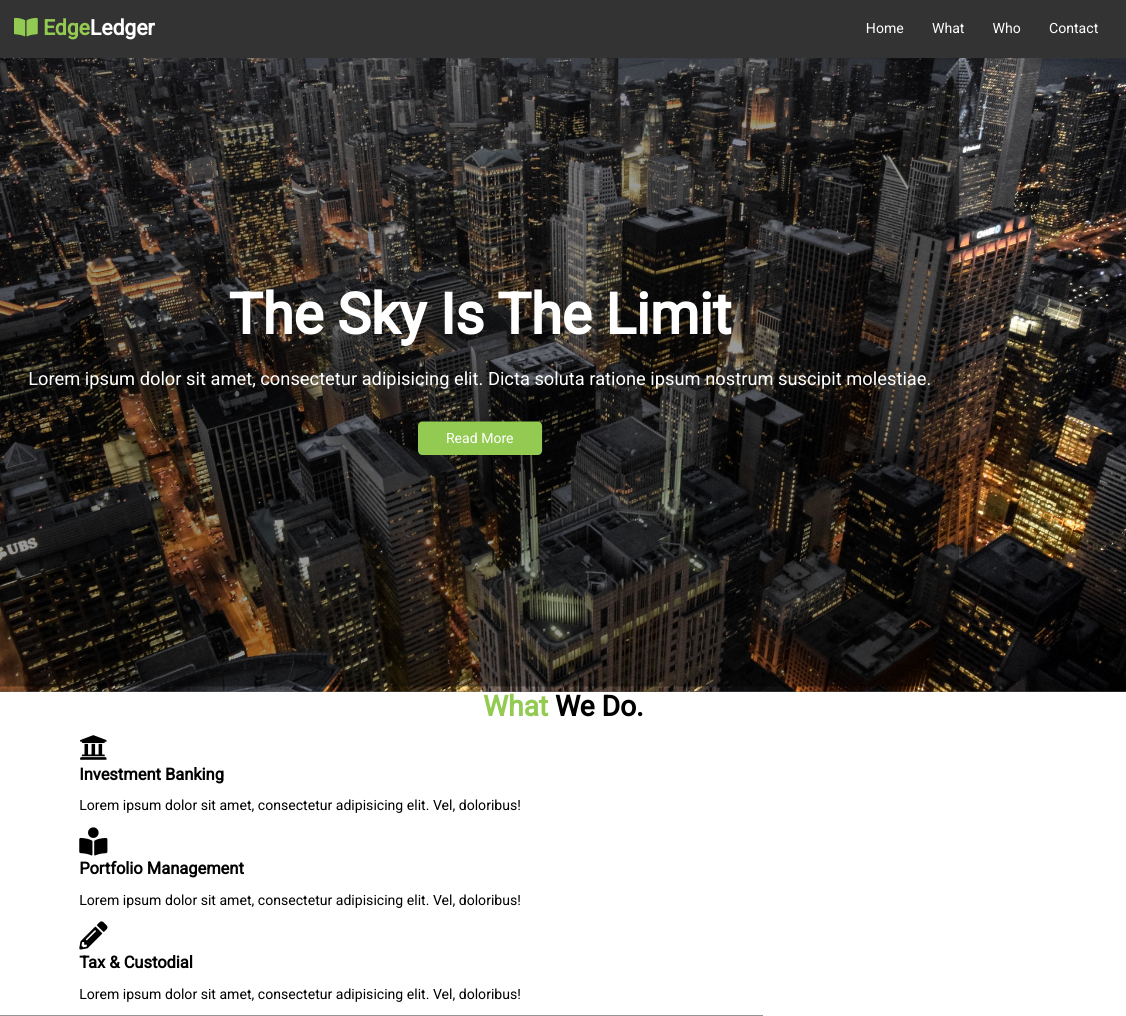
Repository: dimlutine/EdgeLedger
Page: index.html
An editor plug-in stored every save of this project. The page is shown before and after the next save, followed by the edit.
The browser window is 1280 px wide. The pictures show the whole page, at 88% of full size.
Some web libraries are served in a nearby version.

Above is the page before, as saved 2019-07-06 19:14:34.

### index.html
<!DOCTYPE html>
<html lang="en">

<head>
    <meta charset="UTF-8">
    <meta name="viewport" content="width=device-width, initial-scale=1.0">
    <meta http-equiv="X-UA-Compatible" content="ie=edge">
    <link rel="stylesheet" href="https://use.fontawesome.com/releases/v5.6.3/css/all.css" integrity="sha384-UHRtZLI+pbxtHCWp1t77Bi1L4ZtiqrqD80Kn4Z8NTSRyMA2Fd33n5dQ8lWUE00s/" crossorigin="anonymous">
    <link rel="stylesheet" media="screen and (max-width: 768px)" href="css/mobile.css">
    <link rel="stylesheet" media="screeb abd (min-width: 1100px)" href="css/widescreen.css">
    <link rel="stylesheet" href="css/style.css">
    <title>EdgeLedger Financial | Accounting & Investment</title>
</head>

<body id="home">
    <!-- Navbar -->
    <nav id="navbar">
        <h1 class="logo">
            <span class="text-primary"><i class="fas fa-book-open"></i> Edge</span>Ledger
        </h1>
        <ul>
            <li><a href="#home">Home</a></li>
            <li><a href="#what">What</a></li>
            <li><a href="#who">Who</a></li>
            <li><a href="#contacts">Contact</a></li>
        </ul>
    </nav>
    <!-- Header: Showcase -->
    <header id="showcase">
        <div class="showcase-content">
            <h1 class="l-heading">
                The Sky Is The Limit
            </h1>
            <p class="lead">Lorem ipsum dolor sit amet, consectetur adipisicing elit. Dicta soluta ratione ipsum nostrum suscipit molestiae.</p>
            <a href="#what" class="btn">Read More</a>
        </div>
    </header>
    <!-- Section: What We Do -->
    <section id="what" class="bg-light py-1">
        <div class="container">
            <h2 class="m-heading text-center">
                <span class="text-primary">What</span> We Do.
            </h2>
            <div class="items">
                <div class="item">
                    <i class="fas fa-university fa-2x"></i>
                    <div>
                        <h3>Investment Banking</h3>
                        <p>Lorem ipsum dolor sit amet, consectetur adipisicing elit. Vel, doloribus!</p>

                    </div>
                </div>
                <div class="item">
                    <i class="fas fa-book-reader fa-2x"></i>
                    <div>
                        <h3>Portfolio Management</h3>
                        <p>Lorem ipsum dolor sit amet, consectetur adipisicing elit. Vel, doloribus!</p>

                    </div>
                </div>
                <div class="item">
                    <i class="fas fa-pencil-alt fa-2x"></i>
                    <div>
                        <h3>Tax & Custodial</h3>
                        <p>Lorem ipsum dolor sit amet, consectetur adipisicing elit. Vel, doloribus!</p>

                    </div>
                </div>
            </div>
        </div>
    </section>
</body>

</html>

### css/style.css
@import url('https://fonts.googleapis.com/css?family=Roboto&display=swap');
* {
    margin: 0;
    padding: 0;
}

body {
    font-family: 'Roboto', sans-serif;
    line-height: 1.4;
}

a {
    text-decoration: none;
}

p {
    margin: .75rem 0;
}


/* Utility Classes */

.text-center {
    text-align: center;
}

.container {
    max-width: 1100px;
    margin: auto;
    padding: 0 2rem;
    overflow: hidden;
}

.text-primary {
    color: #93cb52;
}

.l-heading {
    font-size: 4rem;
    margin-bottom: 0.75rem;
    line-height: 1.1;
}

.m-heading {
    font-size: 2rem;
    margin-bottom: .75rem;
    line-height: 1.1;
}

.lead {
    font-size: 1.3rem;
    margin-bottom: 2rem;
}

.btn {
    display: inline-block;
    color: #fff;
    background: #93cb52;
    padding: 0.5rem 2rem;
    border: none;
    border-radius: 5px;
}

.btn:hover {
    background: #7ab436;
}

.btn-dark {
    background: #333;
    color: #fff;
}


/* Navbar */

#navbar {
    display: flex;
    position: sticky;
    top: 0;
    background: #333;
    color: #fff;
    justify-content: space-between;
    z-index: 1;
    padding: 1rem;
}

#navbar ul {
    display: flex;
    align-items: center;
    list-style: none;
}

#navbar ul li a {
    color: #fff;
    padding: 0.75rem;
    margin: 0 0.25rem;
}

#navbar ul li a:hover {
    background: #93cb52;
    border-radius: 5px;
}


/* Showcase */

#showcase {
    background: #333 url(../img/showcase.jpg) no-repeat center center/cover;
    height: 100vh;
    color: #fff;
}

#showcase .showcase-content {
    height: 100%;
    display: flex;
    flex-direction: column;
    justify-content: center;
    text-align: center;
    align-items: center;
    padding: 0 2rem;
    /* Overlay */
    position: absolute;
    top: 60px;
    left: 0;
    background-color: rgba(0, 0, 0, .4);
}

Loaded but not shown: css/mobile.css (no stored copy; drawn as an empty file); css/widescreen.css (no stored copy; drawn as an empty file)

After the next save:
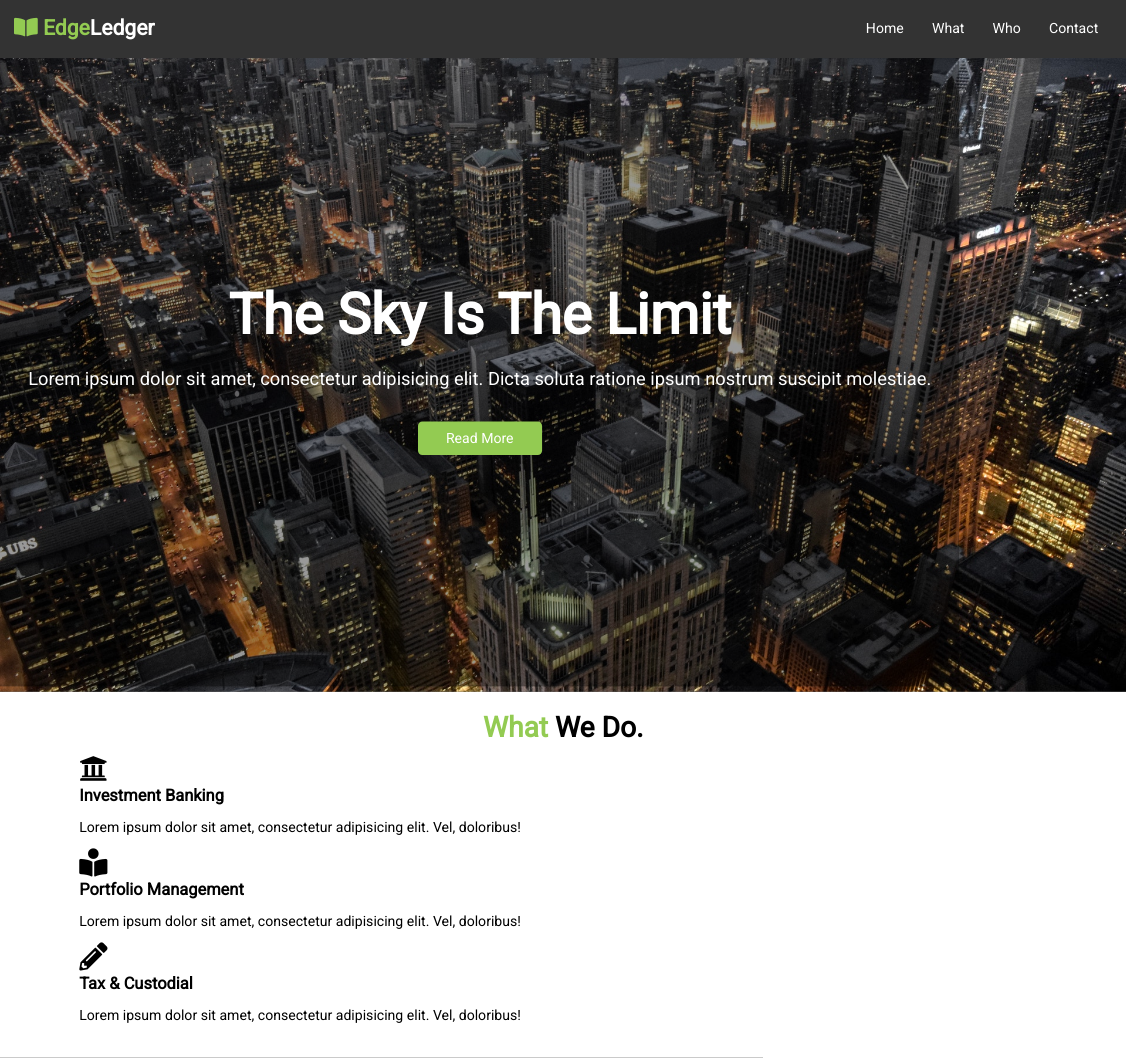
Saved 88 s later.
--- a/css/style.css
+++ b/css/style.css
@@ -50,6 +50,18 @@
 .lead {
     font-size: 1.3rem;
     margin-bottom: 2rem;
+}
+
+.py-1 {
+    padding: 1.5rem 0;
+}
+
+.py-2 {
+    padding: 2rem 0;
+}
+
+.py-3 {
+    padding: 3rem 0;
 }
 
 .btn {
